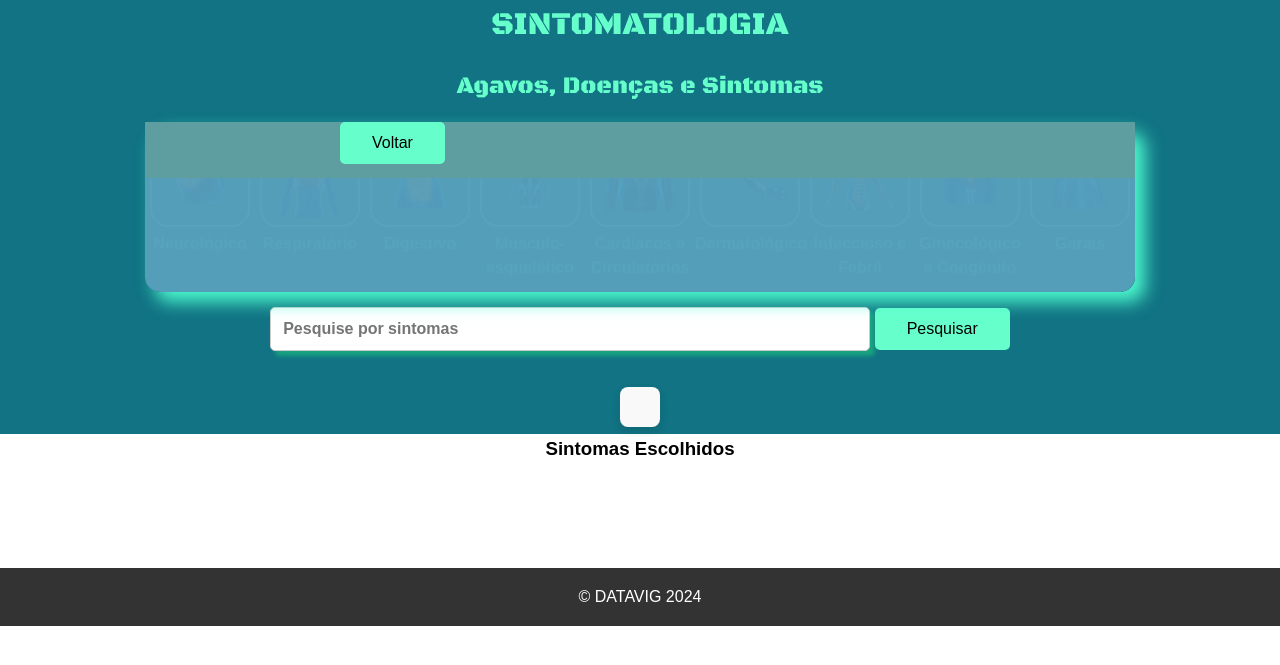
Repository: br-on/vigia
Page: index.html
The author's editor kept a copy of each file at every save. The page is drawn from the files as they stood at one save, then again after the next save.
The browser window is 1280 px wide. The pictures show the whole page.
Some web fonts or font styles are not loaded; a fallback is used.

Above is the page before, as saved 2024-09-18 08:48:24.

After the next save:
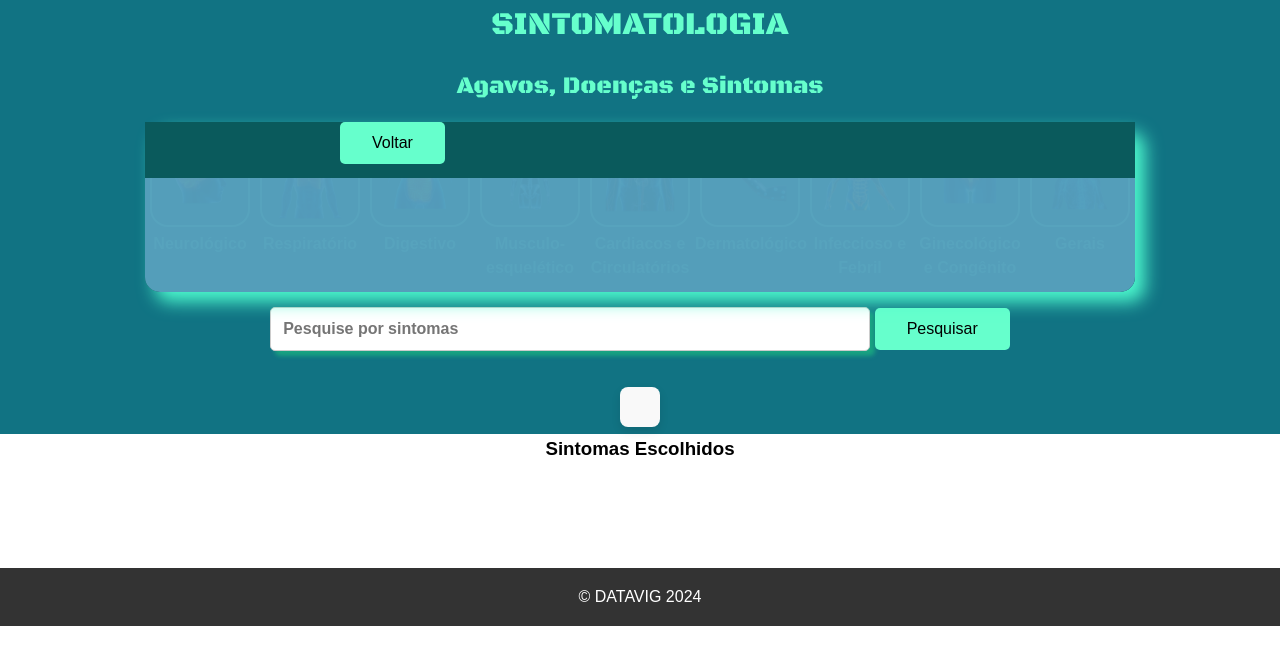
Saved 9 s later.
--- a/assets/style/style.css
+++ b/assets/style/style.css
@@ -344,7 +344,7 @@ footer {
 .top-overlay-div {
     display: flex;
     height: 35%;
-    background-color: cadetblue;
+    background-color: rgb(10, 90, 92);
 }
 
 .top-overlay-div .top-1 {
